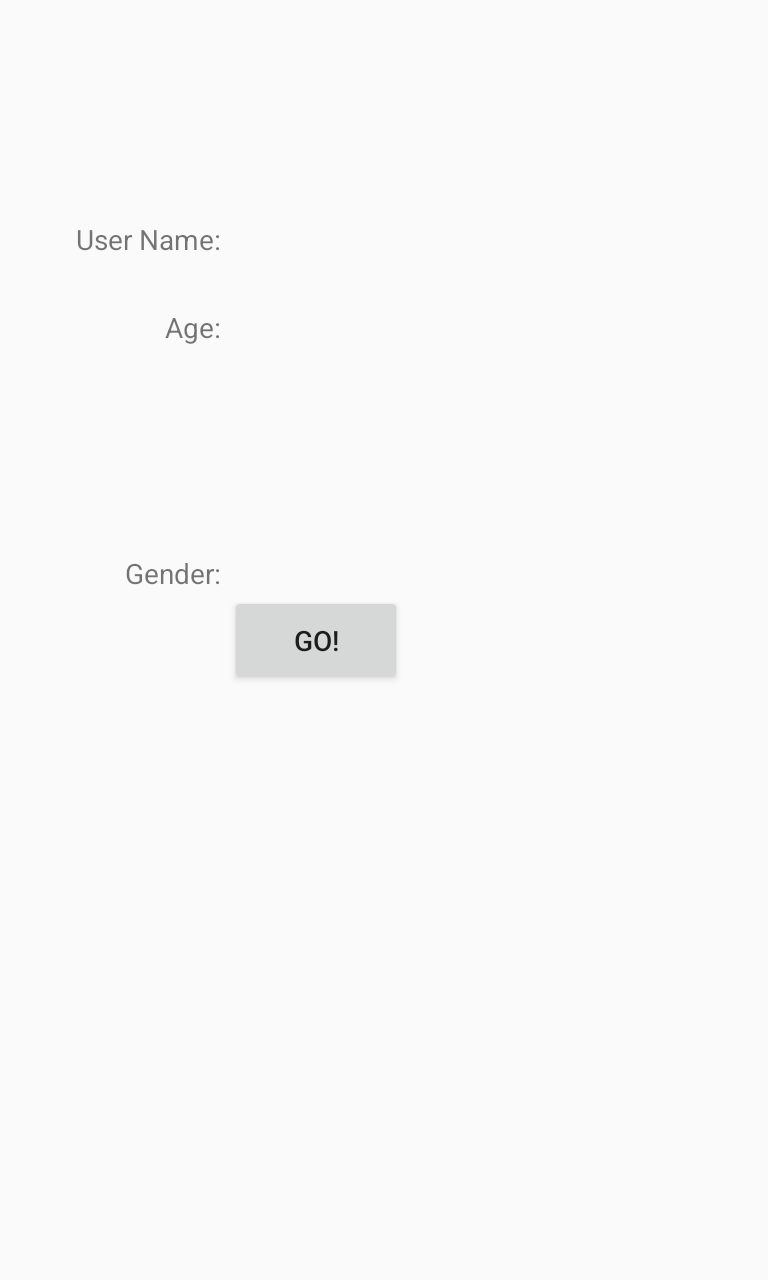
Repository: HaleyElliott/Mobile-Computing-Assignments
Layout: Rock_Paper_Scissors/res/layout/activity_main.xml
These files come from the project's save history. The layout is drawn as it stood at one moment and after the next save; the edit follows.
It is drawn on a 768 x 1280 px phone screen (xhdpi) without system bars, with theme AppTheme; the app's code is not run.

Above is the layout before, as saved 2014-09-23 22:32:16.

After the next save:
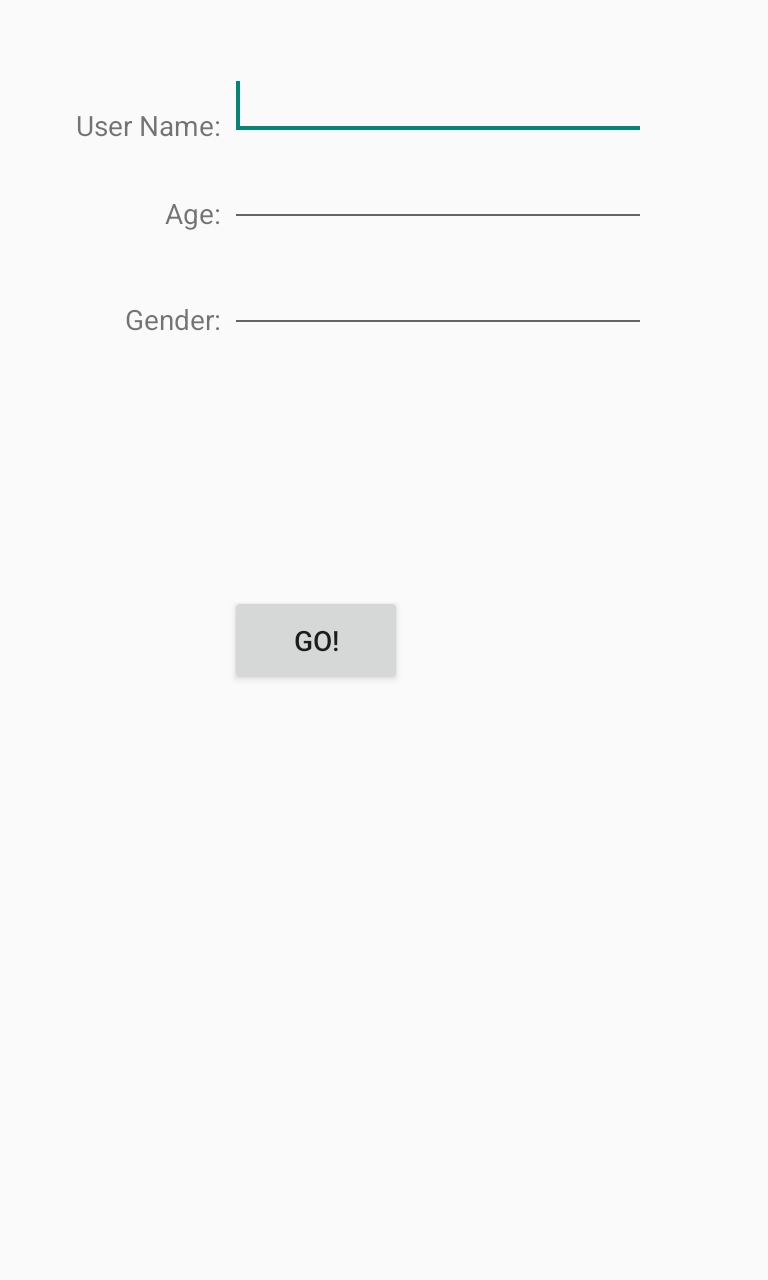
Saved 2 min 2 s later.
--- a/Rock_Paper_Scissors/res/layout/activity_main.xml
+++ b/Rock_Paper_Scissors/res/layout/activity_main.xml
@@ -7,16 +7,6 @@
     android:paddingRight="@dimen/activity_horizontal_margin"
     android:paddingTop="@dimen/activity_vertical_margin"
     tools:context="com.example.rock_paper_scissors.MainActivity" >
-
-    <TextView
-        android:id="@+id/textView1"
-        android:layout_width="wrap_content"
-        android:layout_height="wrap_content"
-        android:layout_alignParentLeft="true"
-        android:layout_alignParentTop="true"
-        android:layout_marginLeft="22dp"
-        android:layout_marginTop="94dp"
-        android:text="User Name: " />
 
     <TextView
         android:id="@+id/textView2"
@@ -40,8 +30,47 @@
         android:id="@+id/textView3"
         android:layout_width="wrap_content"
         android:layout_height="wrap_content"
-        android:layout_above="@+id/goButton"
         android:layout_alignRight="@+id/textView2"
+        android:layout_below="@+id/textView2"
+        android:layout_marginTop="34dp"
         android:text="Gender: " />
 
+    <TextView
+        android:id="@+id/textView1"
+        android:layout_width="wrap_content"
+        android:layout_height="wrap_content"
+        android:layout_alignParentLeft="true"
+        android:layout_alignParentTop="true"
+        android:layout_marginLeft="22dp"
+        android:layout_marginTop="37dp"
+        android:text="User Name: " />
+
+    <EditText
+        android:id="@+id/userText"
+        android:layout_width="wrap_content"
+        android:layout_height="wrap_content"
+        android:layout_alignBottom="@+id/textView1"
+        android:layout_alignLeft="@+id/goButton"
+        android:ems="10" >
+
+        <requestFocus />
+    </EditText>
+
+    <EditText
+        android:id="@+id/ageText"
+        android:layout_width="wrap_content"
+        android:layout_height="wrap_content"
+        android:layout_above="@+id/textView3"
+        android:layout_alignLeft="@+id/userText"
+        android:ems="10"
+        android:inputType="number" />
+
+    <EditText
+        android:id="@+id/genderText"
+        android:layout_width="wrap_content"
+        android:layout_height="wrap_content"
+        android:layout_alignBottom="@+id/textView3"
+        android:layout_alignLeft="@+id/ageText"
+        android:ems="10" />
+
 </RelativeLayout>
